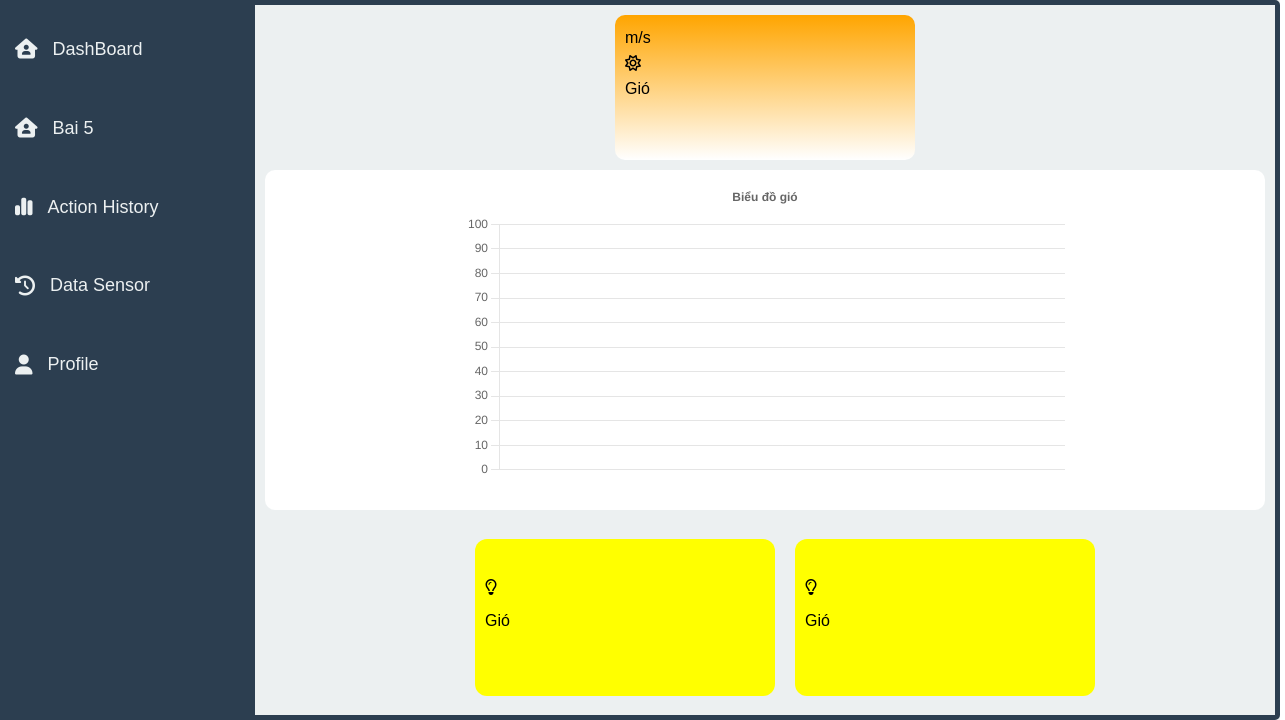
Repository: duongnoob23/duyyyy
Page: /bai5 (app in iot/)
An editor plug-in stored every save of this project. The page is shown before and after the next save, followed by the edit.
The browser window is 1280 px wide. The page is 1285 px wide, so the pictures cover 1285 px, including what lies to the right of the window. The pictures show the whole page.
The page's requests for data from a server got no answer. Some web libraries are served in a nearby version. The project was rebuilt for these pictures with package versions that can differ from the ones it lists, and the page was loaded fresh each time. No one was signed in, and anything a server would have sent is missing. Also part of the build but not shown: iot/src/App.css, iot/src/Components/Doughnut/GaugeChart.js, iot/src/Components/LineChart/LineChartECharts.js, iot/src/Pages/Home/Home.js, iot/src/Pages/DataLogs/DataLogs.js, iot/src/Pages/Profile/Profile.css, iot/src/Pages/Profile/Profile.js, iot/src/Pages/Action/Action.js and 1 more.

Above is the page before, as saved 2024-12-02 21:22:34.

### iot/public/index.html
<!DOCTYPE html>
<html lang="en">
  <head>
    <meta charset="utf-8" />
    <link rel="icon" href="%PUBLIC_URL%/favicon.ico" />
    <meta name="viewport" content="width=device-width, initial-scale=1" />
    <meta name="theme-color" content="#000000" />
    <meta
      name="description"
      content="Web site created using create-react-app"
    />
    <link rel="apple-touch-icon" href="%PUBLIC_URL%/logo192.png" />
    <!--
      manifest.json provides metadata used when your web app is installed on a
      user's mobile device or desktop. See https://developers.google.com/web/fundamentals/web-app-manifest/
    -->
    <link rel="manifest" href="%PUBLIC_URL%/manifest.json" />
    <!--
      Notice the use of %PUBLIC_URL% in the tags above.
      It will be replaced with the URL of the `public` folder during the build.
      Only files inside the `public` folder can be referenced from the HTML.

      Unlike "/favicon.ico" or "favicon.ico", "%PUBLIC_URL%/favicon.ico" will
      work correctly both with client-side routing and a non-root public URL.
      Learn how to configure a non-root public URL by running `npm run build`.
    -->
    <link rel="stylesheet" href="https://cdnjs.cloudflare.com/ajax/libs/font-awesome/6.6.0/css/all.min.css" integrity="sha512-Kc323vGBEqzTmouAECnVceyQqyqdsSiqLQISBL29aUW4U/M7pSPA/gEUZQqv1cwx4OnYxTxve5UMg5GT6L4JJg==" crossorigin="anonymous" referrerpolicy="no-referrer" />
    <title>React App</title>
    <script src="https://code.highcharts.com/highcharts.js"></script>
  </head>
  <body>
    <noscript>You need to enable JavaScript to run this app.</noscript>
    <div id="root"></div>
    <!--
      This HTML file is a template.
      If you open it directly in the browser, you will see an empty page.

      You can add webfonts, meta tags, or analytics to this file.
      The build step will place the bundled scripts into the <body> tag.

      To begin the development, run `npm start` or `yarn start`.
      To create a production bundle, use `npm run build` or `yarn build`.
    -->
  </body>
</html>

### iot/src/index.js
import React from 'react';
import { DatePicker } from 'antd';
import ReactDOM from 'react-dom/client';
import './index.css';
import App from './App';
import reportWebVitals from './reportWebVitals';
import { BrowserRouter } from 'react-router-dom';


const root = ReactDOM.createRoot(document.getElementById('root'));
root.render(
  // <React.StrictMode>
  <BrowserRouter>
    <App />
  </BrowserRouter>

  // </React.StrictMode>
);


reportWebVitals();

### iot/src/index.css
body {
  margin: 0;
  font-family: -apple-system, BlinkMacSystemFont, 'Segoe UI', 'Roboto', 'Oxygen',
    'Ubuntu', 'Cantarell', 'Fira Sans', 'Droid Sans', 'Helvetica Neue',
    sans-serif;
  -webkit-font-smoothing: antialiased;
  -moz-osx-font-smoothing: grayscale;
}

code {
  font-family: source-code-pro, Menlo, Monaco, Consolas, 'Courier New',
    monospace;
}

*{
  box-sizing: border-box;
  font-family: Arial, Helvetica, sans-serif;
}

html{
  font-size: 62.5%;
}

ul,li{
  list-style-type: none;
  margin: 0;
  padding:0;
}
a{
  text-decoration: none;
}

body{
  margin: 0;
  padding: 0;

}

### iot/src/App.js
// import logo from './logo.svg';
import './App.css';
import Layout from './Components/Layout/Layout';
import { Routes,Route} from 'react-router-dom';
import Home from './Pages/Home/Home';
import DataLogs from './Pages/DataLogs/DataLogs';
import Profile from './Pages/Profile/Profile';
import Action from './Pages/Action/Action';
import Bai5 from './Pages/Bai5/Bai5';
function App() {
  return (
    <>

      <Routes>
          <Route path="/" element = {<Layout/>}>
            <Route path='home' element={<Home/>}/>
            <Route path='bai5' element={<Bai5 />}/>
            <Route path='datalogs' element={<DataLogs/>}/>
            <Route path='profile' element={<Profile/>}/>
            <Route path='action' element={<Action/>}/>
          </Route>
      </Routes>
    </>
  );
}

export default App;

### iot/src/Components/Layout/Layout.js
import './Layout.css'
import { Link, Outlet, } from "react-router-dom";
// import { useState } from "react";

function Layout(){

    return (
        <>

        <div className="dashBoard">
        <div className="sideBar">
            <ul className="sideBar-list">
                <li className="sideBar-item">
                    {/* <a  href="#" className="sideBar-icon">
                        <i className="fa-solid fa-house-user">
                        </i>
                        <span className='sideBar-text'>DashBoard</span>
                    </a> */}
                    <Link className='sideBar-icon' to={"/home"}>
                        <i className="fa-solid fa-house-user">
                        </i>
                        <span className='sideBar-text'>DashBoard</span>
                    </Link>
                </li>
                <li className="sideBar-item">
                    <Link className='sideBar-icon' to={"/bai5"}>
                        <i className="fa-solid fa-house-user">
                        </i>
                        <span className='sideBar-text'>Bai 5</span>
                    </Link>
                </li>
                <li className="sideBar-item">
                <Link  className="sideBar-icon" to={"/action"}>
                    <i className="fa-solid fa-chart-simple"></i>
                        <span className='sideBar-text'>Action History</span>
                    </Link>
                </li>
                <li className="sideBar-item">
                    <Link className="sideBar-icon" to={"/datalogs"} >
                    <i className="fa-solid fa-clock-rotate-left"></i>
                        <span className='sideBar-text'> Data Sensor</span>
                    </Link>
                </li>
                <li className="sideBar-item">

                    <Link className="sideBar-icon" to={"/profile"}>
                        <i className="fa-solid fa-user"></i>
                        <span className='sideBar-text'>Profile</span>
                    </Link>
                </li>
            </ul>
        </div>
        <div className="sideMain">
            <Outlet/>
        </div>
    </div>
        </>
    )
}

export default Layout;

### iot/src/Components/Layout/Layout.css


/* Reset default padding and margins */
* {
    margin: 0;
    padding: 0;
    box-sizing: border-box;
}

/* DashBoard container */
.dashBoard {
    display: flex;
    height : 100vh;
    font-family: 'Roboto', sans-serif;
}

/* SideBar styling */
.sideBar {
    width: 250px;
    background-color: #2c3e50;
    padding: 20px 0;
    position: fixed;
    height: 100%;
    transition: all 0.3s ease;
}

.sideBar-list {
    list-style: none;
    padding-left: 0;
}

.sideBar-item {
    margin-bottom: 20px;
}

.sideBar-icon {
    display: flex;
    align-items: center;
    padding: 15px;
    color: #ecf0f1;
    text-decoration: none;
    transition: background 0.3s ease, color 0.3s ease;
}

.sideBar-icon i {
    margin-right: 15px;
    font-size: 20px;
}

/* Hover effect for sidebar items */
.sideBar-icon:hover {
    background-color: #34495e;
    color: #1abc9c;
    cursor: pointer;
    padding-left: 25px; /* Add a slide effect */
    transition: all 0.3s ease;
}

.sideBar-text {
    font-size: 18px;
}

/* Active link effect */
.sideBar-icon.active {
    background-color: #1abc9c;
    color: #fff;
    border-radius: 8px;
    transition: all 0.3s ease;
}

/* SideMain styling */
.sideMain {
    margin-left: 250px;
    background-color: #ecf0f1;
    flex-grow: 1;
}

/* Responsive Design */
@media screen and (max-width: 768px) {
    .sideBar {
        width: 200px;
    }

    .sideBar-icon {
        padding: 10px;
    }

    .sideMain {
        margin-left: 200px;
        padding: 20px;
    }
}

@media screen and (max-width: 576px) {
    .sideBar {
        width: 60px;
    }

    .sideBar-icon i {
        margin-right: 0;
        text-align: center;
        flex: 1;
    }

    .sideBar-text {
        display: none;
    }

    .sideMain {
        margin-left: 60px;
        padding: 10px;
    }
}

### iot/src/Pages/Home/Home.css
/* General Styling */
.main {
    display: flex;
    flex-direction: column;
    height : 100%; /* Chiếm toàn bộ chiều cao của màn hình */

    box-sizing: border-box; /* Đảm bảo padding không làm thay đổi kích thước */
}

.section {
  width: 100%;
  height : 100%;
}



.section-one{
    width: 100vh;
    height : 100%;
    display: flex;
    flex-direction: row;

}

.left{
  width: 75%;
}

.right{
  width: 25%;
}

.sensor{
    height: 30%;
}


.sensor-list {
    height: 100%;
    display: flex;
    list-style-type: none;
    padding: 0;
    margin: 0;
    justify-content: space-between; /* Rải đều các phần tử trong container */
    width: 100%; /* Chiếm toàn bộ chiều rộng của màn hình */
}

.sensor-item {
    flex: 1; /* Các phần tử sẽ tự động chiếm đều không gian */
    /* padding: 5px; */
    background-color: #ffffff;
    border-radius: 12px;
    box-shadow: 0 4px 12px rgba(0, 0, 0, 0.1);
    display: flex;
    flex-direction: column;
    align-items: center;
    text-align: center;
    margin: 10px;
    min-width: 50px; /* Đảm bảo các phần tử không quá nhỏ */
}
  .sensor-item .sensor-digit {
    font-size: 1.2em;
    font-weight: bold;
    margin-bottom: 5px;
    color: #333;
  }

  .sensor-item:nth-child(2){
    /* margin:10px 20px; */
  }

  .sensor-bar {
    width: 100%;
    height: 100px;
    background-color: #e0e0e0;
    border-radius: 8px;
    position: relative;
    overflow: hidden;
    margin: 10px 0;
  }

  .sensor-fill {
    position: absolute;
    bottom: 0;
    width: 100%;
    border-radius: 8px;
  }

  .sensor-item.light .sensor-fill {
    background-color: #ffb74d; /* Soft orange for light */
  }

  .sensor-item.temperature .sensor-fill {
    background-color: #ef5350; /* Soft red for temperature */
  }

  .sensor-item.humidity .sensor-fill {
    background-color: #42a5f5; /* Soft blue for humidity */
  }

  .label {
    font-size: 0.9em;
    font-weight: 600;
    color: #777;
  }
  /* Chart Section */
  .chart {
    height: 70%;
    width: 100%;
    /* margin-top: 20px; */
    /* margin: 15px; */
    padding: 0;
  }
.styleChart{
  aspect-ratio: 7/3;
}
  /* Electric Section */
  .electric {
    width: 100%;
    margin-top: 5px;
  }

  .electric-list {
    list-style: none;
    padding: 0;
    margin: 0;
    display: flex;
    flex-direction: column;
    justify-content: space-around;
    gap: 15px;
  }

  .electric-item {
    /* flex: 1; */
    text-align: center;
    padding: 20px;
    background-color: #f9f9f9;
    border-radius: 10px;
    box-shadow: 0px 4px 10px rgba(0, 0, 0, 0.1);
    transition: transform 0.3s ease, box-shadow 0.3s ease;
    width: 300px;
  }




  .electric-box {
    position: relative;
    margin-bottom: 10px;
  }

  .electric-input {
    display: none;
  }

  .electric-label {
    display: block;
    width: 60px;
    height: 30px;
    background-color: #ddd;
    border-radius: 15px;
    position: relative;
    cursor: pointer;
    transition: background-color 0.3s;
  }



  .electric-input:checked + .electric-label {
    background-color: #4caf50;
  }

  .electric-input:checked + .electric-label:before {
    left: 31px;
  }

  .on-off {
    font-weight: bold;
    margin-top: 8px;
    font-size: 16px;
  }

  .electric-item i {
    font-size: 36px;
    color: #4caf50;
  }

  .electric-item .light-icon,
  .electric-item .temp-icon,
  .electric-item .air-icon {
    color: #aaa;
  }

/* css button  */

### iot/src/Components/Helper/URL.js
export const URL = "http://localhost:3001";

### iot/src/Pages/DataLogs/DataLogs.css
*{
    box-sizing: border-box;
}
.table {
    width: 90%;
    border-collapse: collapse;
    margin: 10px;
    border-radius:10px;
    overflow: hidden;
}

.data{
    border:5px solid #2c3e50;
    border-radius: 0 5px 5px 0;
    height: 100%;
}

.table__body{
    border-radius: 10px;
    border: 2px solid #2c3e50;
}

.table__head{
    border: 2px solid #2c3e50;
}
th, td {
    padding: 10px;
    text-align: center;
    border-bottom: 1px solid #ddd;
}
th {
    background-color: #2c3e50;
    color: white;
}

.table-row__body{
    transition: all 0.1s linear;

}
.table-row__body:nth-child(even){
    background-color: #eee;

}
.table-row__body:hover{
    background-color: #2c3e50;
    color: #F4C427;

}

.table-row__body:active{
    background-color: #2c3e50;
    color: #F4C427;
}
.data__title{
    margin-left: 10px;
    font-size: 20px;
    font-weight: bold;
}

.data__sort{
    margin-left: 10px;
    font-size: 15px;
    font-weight: bold;
    margin-bottom: 10px;

}

.data__in{
    border-radius: 10px;
    border: 2px solid #7A40F2;
    margin: 10px;
}

### iot/src/Pages/Action/Action.css
* {
    box-sizing: border-box;
    font-family: 'Arial', sans-serif; /* Change this to your preferred font */
    font-size: 16px; /* Default font size */
    line-height: 1.6; /* Controls line spacing */
}


.action {
    border: 5px solid #2c3e50;
    border-radius: 0 5px 5px 0;
    height: 100vh; /* Full viewport height */
    display: flex;
    flex-direction: column;
    justify-content: space-between; /* Distribute space evenly */
}

.action-title {
    margin-left: 10px;
    font-size: 24px;
    font-weight: bold;
    margin-bottom: 20px;
}

.option {
    display: flex;
    align-items: center;
    margin-bottom: 20px;
}

.search {
    margin-left: 20px;
    display: flex;
    align-items: center;
}

.search__input {
    padding: 8px 15px;
    border-radius: 8px;
    outline: none;
    border: 1px solid #2c3e50;
    margin-right: 5px;
    font-size: 16px;
}

.search__icon {
    cursor: pointer;
    font-size: 20px;
    color: #2c3e50;
}

.select, .select2 {
    margin-left: auto;
    padding: 0 10px;
}

.select__list {
    padding: 8px 12px;
    border-radius: 8px;
    border: 1px solid #2c3e50;
    outline: none;
    font-size: 16px;
}

/* Table container to control overflow */
.table__container {
    flex-grow: 1;
    overflow-y: auto;
    border-radius: 10px;
    margin: 0 20px;
    padding-bottom: 20px;
}

.table {
    width: 100%;
    border-collapse: collapse;
}

.table__head {
    background-color: #2c3e50;
    color: white;
    border-radius: 10px 10px 0 0;
}

.table-row__head th, .table-row__body td {
    padding: 10px;
    text-align: center;
}

.table-row__body:nth-child(even) {
    background-color: #f7f7f7;
}

.table-row__body:hover {
    background-color: #2c3e50;
    color: #F4C427;
}

/* Maintain height to ensure 10 rows fill the page */
.table-row__body {
    height: 40px; /* Adjust this based on design preferences */
    transition: background-color 0.3s;
}

.table__body {
    border-radius: 0 0 10px 10px;
}

.pagination {
    margin-right: 20px;
    padding: 10px 0;
    text-align: right;
}

.pagi__list {
    display: flex;
    justify-content: flex-end;
    align-items: center;
    font-size: 16px;
}

.pagi__item {
    margin: 0 5px;
    cursor: pointer;
    padding: 5px 10px;
    border: 1px solid #3498db;
    border-radius: 5px;
    transition: background-color 0.3s;
}

.pagi__next, .pagi__pre {
    color: #3498db;
}

.pagi__cur {
    font-weight: bold;
    color: #fff;
    background-color: #15181b;
    border-radius: 5px;
    padding: 5px 10px;
}

/* Ensure last row visibility */
.table__container::-webkit-scrollbar {
    width: 6px;
}

.table__container::-webkit-scrollbar-thumb {
    background-color: #121518;
    border-radius: 10px;
}

### iot/src/Pages/Bai5/Bai5.css
.main{
    width: 100%;
    padding:10px;
    height: 100%;
    border:5px solid #2c3e50;
    border-radius: 0 5px 5px 0;
}


.section{
}

.section .section-two{
    height: 100%;
    width: 100%;
    display: flex;
    flex-direction: column;
}



.electric{
    background-color: white;
    /* padding:10px; */
    border-radius: 15px;
    /* margin-bottom: 15px; */
}

.electric-list{
    display: flex;
    justify-content: center;
    align-items: center;
    margin-left: -20px;
    height: 100%;
}

.electric-item{
    width: 80%;
    height: calc(100% / 3 - 10px);
    margin-left: 20px;
    /* background-color: white; */
    border-radius: 10px;
    padding: 10px;
    box-shadow: rgba(0, 0, 0, 0.35) 0px 5px 15px;
    color:#2c3e50;
    display: flex;
    flex-direction: column;
    justify-content: space-between;
    font-size: 15px;
    transition: all 0.25s linear;
    position: relative;
    /* cursor: pointer; */
}

/* .electric-item:hover{
    background-color: #2c3e50;
    color: white;
    box-shadow: #2c3e50 3px 3px 9px 0px;
} */

.electric-item i{
    font-size: 40px;
}

.electric-item .on-off{
    font-size: 20px;
    color: black;
    margin-top: 0;
}

.electric-item:hover .on-off{
    /* color:white; */
}

.electric-input{
    display: none;
}

.electric-input:checked + .electric-label{
    background-color: #2c3e50;
    box-shadow: white 0px 5px 15px;
}

.electric-input:checked + .electric-label:after{
    background-color: white;
    transform: translateX(17px);
}
.electric-input:checked .temperature{
    color: #2c3e50;
}


.electric-label{
    position: absolute;
    top:20px;
    right: 20px;
    width: 36px;
    height: 20px;
    border-radius: 20px;
    background-color: #F5F5F5;
    transition: all 0.25s linear;
    cursor: pointer;
}

.electric-label:after{
    cursor: pointer;
    content: "";
    position:  absolute;
    top:1px;
    left: 1px;
    width: 18px;
    height: 18px;
    border-radius: 50%;
    background-color: white;
    transition: all 0.25s linear;
    box-shadow: rgba(0, 0, 0, 0.35) 0px 5px 15px;
}

.electric-item .electric-light{
    display: inline-block;
    font-size: 40px;
    color: black;
    transition: all 0.4s linear;
    display: flex;
    justify-content: center;
    align-items: center;
}
.electric-item .electric-light.show{
    color: yellow;
    /* box-shadow: 0 0 3px 3px yellow; */
    filter: drop-shadow(0 0 10px rgba(255, 255, 0, 0.8)) drop-shadow(0 0 20px rgba(255, 255, 0, 0.642));
}

.electric-item .electric-air{
    display: flex;
    justify-content: center;
    align-items: center;
    color:black;
}

.electric-item .electric-air.show{
    content: "";
    animation:spin 2s linear infinite;
    color:#3acbe9;
    transition: all 0.4s linear;
}

.electric-item .electric-temperature{
    display: flex;
    justify-content: center;
    align-items: center;
    color:black;
}

.electric-item .electric-temperature.show{
    /* color: linear-gradient(to top,red ,yellow ); */
    background-image: linear-gradient(to top,red,yellow);
    color:transparent;
    background-clip: text;
    transition: all 0.4s linear;
}

@keyframes spin {
    to{
        transform: rotate(720deg);
    }
  }

.meter{
    background-color: white;
    padding:10px;
    border-radius: 15px;
    margin-bottom: 5px;
}

.meter-list{
    display: flex;
    justify-content: center;
    align-items: center;
    margin-left: -20px;
}

.meter-item{
    width: calc(100% / 3 - 20px);
    height: 120px;
    margin-left: 20px;
    /* background-color: white; */
    border-radius: 10px;
    padding: 10px;
    box-shadow: rgba(0, 0, 0, 0.35) 0px 5px 15px;
    color:black;
    display: flex;
    flex-direction: column;
    justify-content: space-between;
    font-size: 18px;
    transition: all 0.25s linear;
    position: relative;
}
.meter-item:first-child{
    /* background-image: linear-gradient(to bottom,#F4C427,white); */
    background-color: #f4c427;
    }



.meter-item:last-child{
    /* background-image: linear-gradient(to bottom,#3ACBE9,white); */
    background-color: #3acbe9;
}

.meter-item:nth-child(2){
    /* background-image: linear-gradient(to bottom,#FF9060,white); */
    background-color: #FF9060;
}

.meter-digit
{
    text-align: start;
    font-size: 24px;
    font-weight: white;
}

.chart{
    width: 100%;
    height: 50%;
    border-radius: 10px;
    background-color: white;
    padding:10px;
    margin-bottom: 20px;
    ;
}



.blink {
    background-color: yellow;
    /* animation: blink 1s infinite; */
  }

  @keyframes blink {
    0%, 100% {
      background-color: yellow;
    }
    50% {
      background-color: transparent;
    }
  }


.bai5{
    margin: 0 auto;
    width: 300px;
    height: 25%;
    margin-bottom: 10px;
    border-radius: 10px;
    overflow: hidden;
}

.bai5 .bai5-item{
    padding: 10px;
    height: 100%;
}
.control{
    width: 100%;
    height: 30%;
}

.control-list{
    height: 100%;
    display: flex;
    justify-content: center;
    align-items: center;
    margin-right: -20px;
}

.control-item{
    margin-left: 20px;
    width: 300px;
    height: 90%;
    padding: 10px;
    border-radius: 12px;
    font-size: 32px;
}

### iot/src/Components/LineChart/LineChartFix.js
import React, { useEffect,useState } from 'react';
import { Line } from 'react-chartjs-2';
import { Chart as ChartJS, CategoryScale, LinearScale, PointElement, LineElement, Title, Tooltip, Legend } from 'chart.js';
import {URL} from '../Helper/URL';
ChartJS.register(CategoryScale, LinearScale, PointElement, LineElement, Title, Tooltip, Legend);



const LineChartFix = ({onDataUpdate}) => {


  const [dataChart,setDataChart] = useState({
    labels:[],
    datasets:[],
  })
  // console.log(onDataUpdate);
  const fetchApi = () => {
    fetch(URL + `/windspeed`)
      .then(res => res.json())
      .then(data => {
        if (data) {
          console.log(data);

          // Adding index (increasing order) to the data
          let indexedData = data.results.map((item, index) => ({
            ...item,
            index: index + 1 // Adding index starting from 1
          }));

          // Extract time, temperature, humidity, and light values
          let time = indexedData.map(item => item.time);
          let temperature = indexedData.map(item => item.temperature);
          let humidity = indexedData.map(item => item.humidity);
          let light = indexedData.map(item => item.light / 10);
          let windspeed = indexedData.map(item => item.light/10 + 13);
          setDataChart({
            labels: time,
            datasets: [
              {
                label: 'Tốc độ gió ',
                data: windspeed,
                borderColor: 'rgba(255, 206, 86, 1)',
                backgroundColor: 'rgba(255, 206, 86, 0.2)',
                tension: 0.4,
              },
            ],
          });

          const option = {
            windspeed: windspeed[windspeed.length - 1 ],
          };

          onDataUpdate(option);
        }
      });
  };

  useEffect(() => {
    fetchApi(); // Lần gọi đầu tiên ngay khi component mount

    // const interval = setInterval(() => {
    //   fetchApi(); // Gọi API mỗi 5 giây (5000ms)
    // }, 5000);

    // return () => clearInterval(interval); // Dọn dẹp interval khi component unmount
  }, []);


  const options = {
    responsive: true,
    plugins: {
      legend: {
        position: 'top',
      },
      title: {
        display: true,
        text: 'Biểu đồ gió',
      },
    },
    scales: {
      y: {
        beginAtZero: true,
        max: 100, // Đặt giá trị tối đa cho trục y
      },
    },
  };


  return (
    <div style={{
      width: '100%',
      height: '300px',
      margin: '0 auto',
      textAlign: 'center',
      display: 'flex',
      justifyContent: 'center', // Căn giữa theo chiều ngang
      alignItems: 'center',
    }}>
      <Line data={dataChart} options={options} />
    </div>
  );
};

// onDataUpdate={handleDataUpdate}
export default LineChartFix;

Loaded but not shown: iot/src/reportWebVitals.js (common file); iot/src/Pages/Bai5/Bai5.js (119 lines, source omitted)

After the next save:
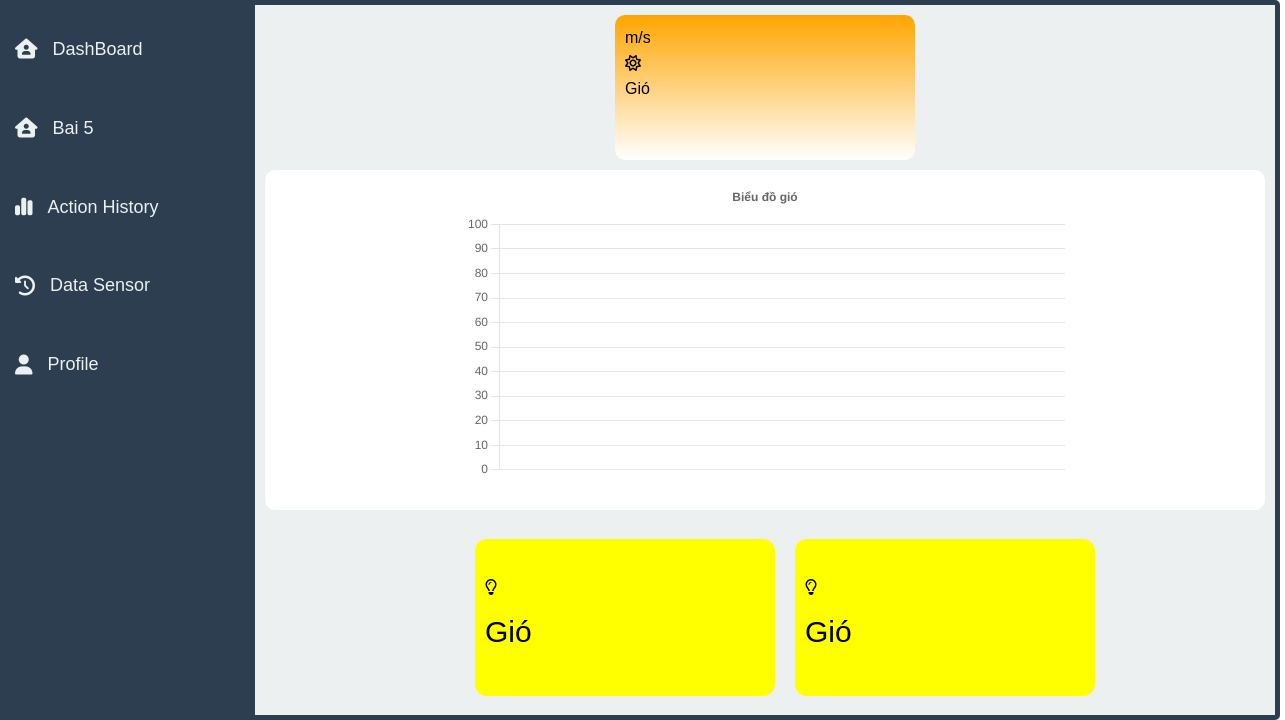
Saved 10 s later.
--- a/iot/src/Pages/Bai5/Bai5.css
+++ b/iot/src/Pages/Bai5/Bai5.css
@@ -281,3 +281,7 @@
     border-radius: 12px;
     font-size: 32px;
 }
+
+.control-item .text{
+    font-size: 30px;
+}
